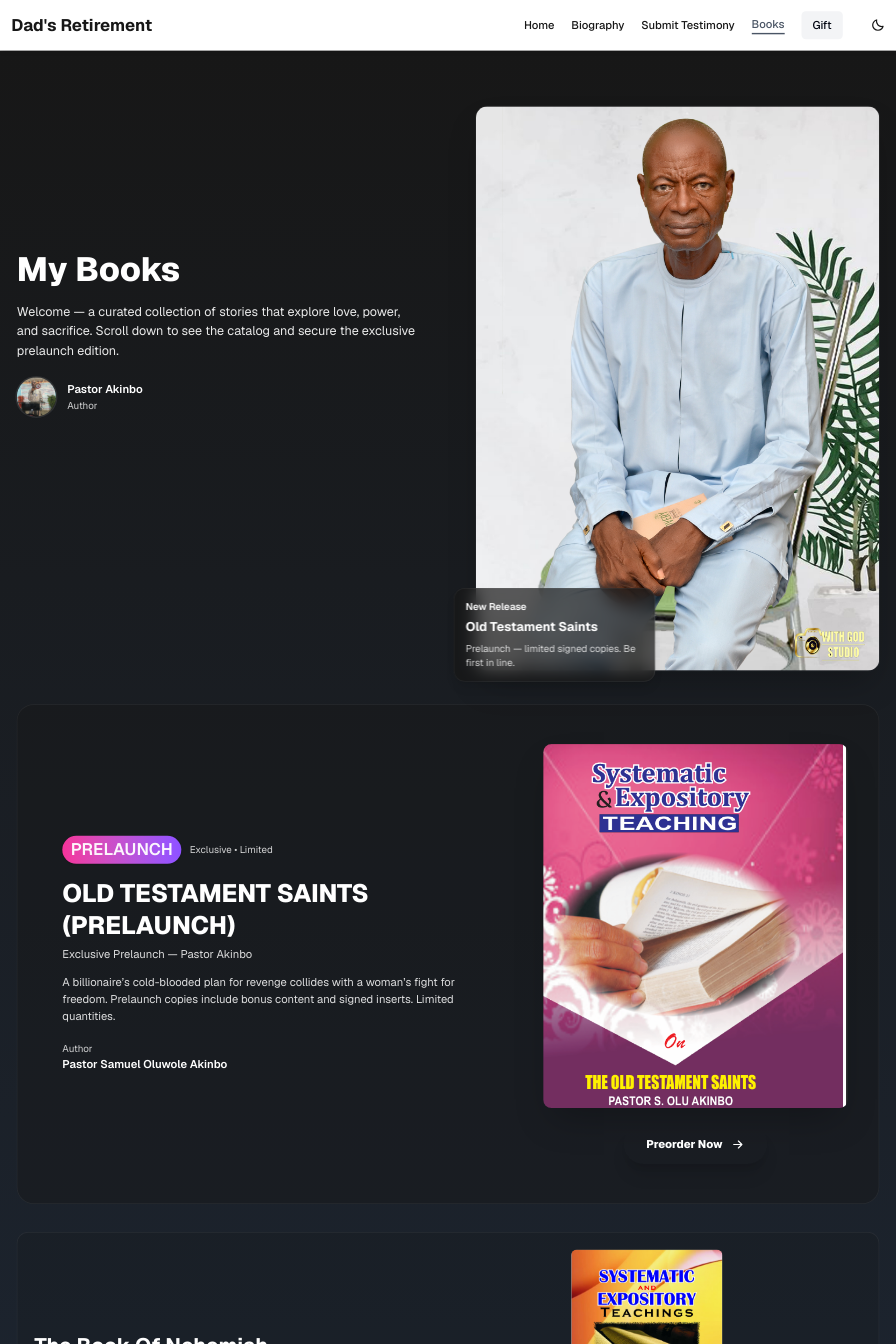
Repository: EmmyDunny1/pastor-oluwole-akinbo
Page: /Books
An editor plug-in stored every save of this project. The page is shown before and after the next save, followed by the edit.
The browser window is 1280 px wide. The pictures show the part of the page from y = 0 to 1920 px (the page is 2900 px tall), at 70% of full size.
The project was rebuilt for these pictures with package versions that can differ from the ones it lists, and the page was loaded fresh each time. The framework's server and built-in components were replaced by stand-ins that run in the browser. Also part of the build but not shown: next.config.ts, components/BooksCarousel.Module.css.

Above is the page before, as saved 2025-08-13 11:51:53.

After the next save:
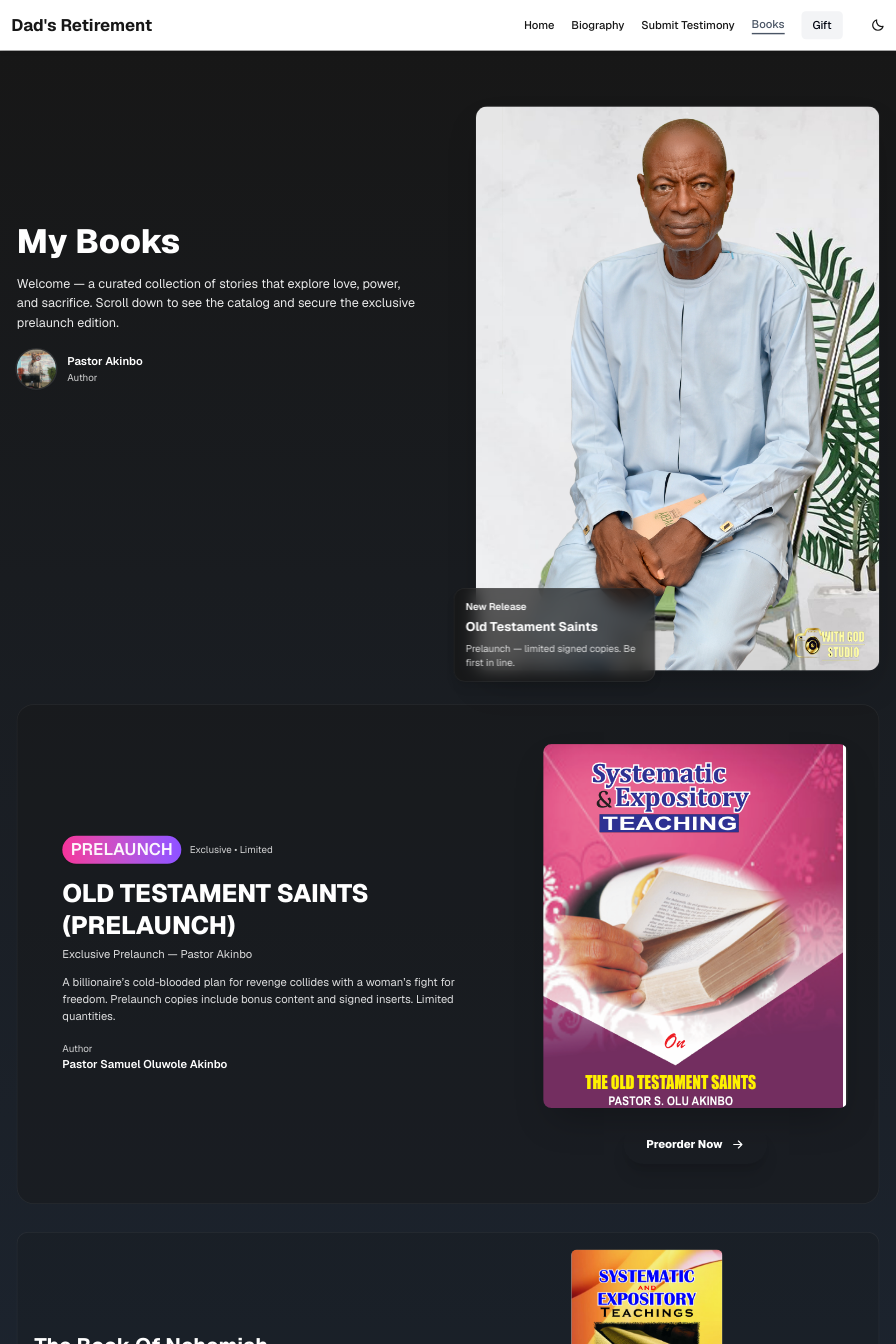
Saved 23 s later.
--- a/components/BooksCarousel.tsx
+++ b/components/BooksCarousel.tsx
@@ -104,7 +104,7 @@ export default function BooksPage(): React.ReactNode {
     <main className="min-h-screen bg-gradient-to-b from-[#171717] to-gray-800 text-white">
       <div className="max-w-7xl mx-auto px-6 py-20">
         <section className="grid grid-cols-1 lg:grid-cols-2 gap-8 items-center mb-12">
-          <div className="lg:mb-[10rem] relative z-10">
+          <div className="lg:mb-[15rem] relative z-10">
             <h1 className="text-4xl md:text-5xl font-extrabold leading-tight mb-4">
               My Books
             </h1>
